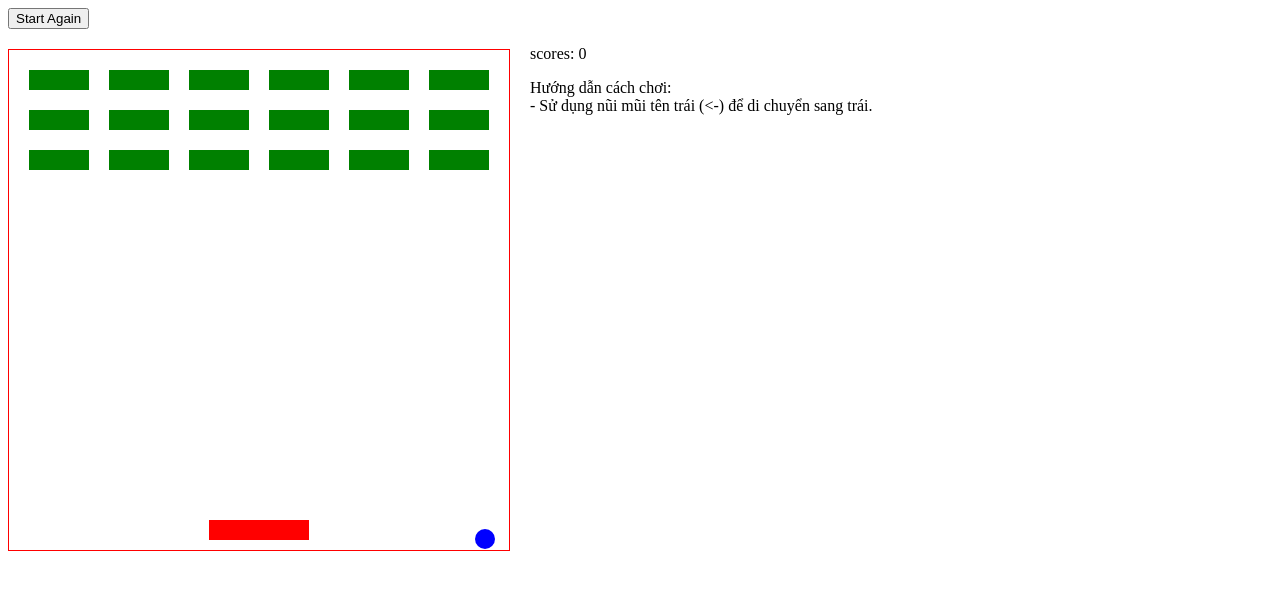
Repository: huynhsang96/CaseJS
Page: Demo_case/index.html
These files come from the project's save history. The page is drawn as it stood at one moment and after the next save; the edit follows.
The browser window is 1280 px wide. The pictures show the whole page.

Above is the page before, as saved 2022-02-20 14:38:41.

### Demo_case/index.html
<!DOCTYPE html>
<html lang="en">
<head>
    <meta charset="UTF-8">
    <meta http-equiv="X-UA-Compatible" content="IE=edge">
    <meta name="viewport" content="width=device-width, initial-scale=1.0">
    <title>Document</title>
    <style>
        /* *{
            font-family:  'Fira Code', 'roboto';
        } */
        canvas{
            margin-top: 20px;

        }

        .container{
            display: flex;
        }

        .container-des{
            margin-left: 20px;
        }
    </style>
</head>
<body>
    <div class="btn">
        <button class="btn-start">Start Again</button>
    </div>
    <div class="container">
        <div class="container-canvas">
            <canvas id="myCanvas" width="500" height="500" style="border:1px solid red;">
        </div>
        <div class="container-des">
            <p>scores: <span class="scores">0</span></p>
            <p>
                Hướng dẫn cách chơi:
                <br>
                - Sử dụng nũi mũi tên trái <span style="font-family: 'Fira code';">(<-)</span> để di chuyển sang trái.
            </p>
        </div>
    </div>


    <script src="./ball.js"></script>
    <script src="./bar.js"></script>
    <script src="./brick.js"></script>
    <script src="./main.js"></script>

    <script>

    </script>
</body>
</html>

### Demo_case/ball.js
class Ball{
    constructor(x, y, radius, color){
        this.x = x;
        this.y = y;
        this.radius = radius;
        this.color = color;
        this.speedX = 2;
        this.speedY = 3;
        this.canvas = document.getElementById("myCanvas");
        this.ctx = this.canvas.getContext('2d');
        this.isGameOver = false;
    }

    draw(){
        this.ctx.beginPath();
        this.ctx.arc(this.x, this.y, this.radius, 0, Math.PI * 2);
        this.ctx.fillStyle = this.color;
        this.ctx.fill();
        this.ctx.closePath();
    }

    updateBall(){
        this.x += this.speedX;
        this.y += this.speedY;
    }

    ballColiision(){
        if(this.x + this.radius > this.canvas.width || this.x < this.radius){
            this.speedX = -this.speedX;
        }
        if(this.y < this.radius){
            this.speedY = -this.speedY
        }
    }

    checkGame(){
        if(this.y + this.radius > this.canvas.height){
            this.isGameOver = true;
        }
    }

    move(){
        this.ctx.clearRect(0,0,this.canvas.width,this.canvas.height); // xóa canvas
        this.draw();
    }
}

### Demo_case/bar.js
class Bar{
    constructor(width, height, color){
        this.width = width;
        this.height = height;
        this.x = 200;
        this.y = 470;
        this.color = color;
        this.speed = 5;
        this.isMovingLeft = false;
        this.isMovingRight = false;
        this.canvas = document.getElementById("myCanvas");
        this.ctx = this.canvas.getContext('2d');
    }

    drawBar(){
        this.ctx.beginPath();
        this.ctx.rect(this.x, this.y, this.width, this.height);
        this.ctx.fillStyle = this.color;
        this.ctx.fill();
        this.ctx.closePath();
    }


    moveBar(){
        if(this.isMovingLeft && this.x > 0){
            this.x -= this.speed;
        }
        if(this.isMovingRight && this.x < this.canvas.width - this.width){
                this.x += this.speed;
            }
        }
}

### Demo_case/brick.js
class  Brick{
    constructor(){
        this.offsetX = 20;
        this.offsetY = 20;
        this.margin = 20;
        this.width = 60;
        this.height = 20;
        this.totalRow = 3;
        this.totalColum = 6;
        this.brickList = []
        this.isEndGame = false;
        this.canvas = document.getElementById("myCanvas");
        this.ctx = this.canvas.getContext('2d');
    }


    drawBrick(){
        this.brickList.forEach(element => {
            if(!element.isbroken){
                this.ctx.beginPath();
                this.ctx.rect(
                    element.x,
                    element.y,
                    this.width,
                    this.height,
                );
                this.ctx.fillStyle = "green";
                this.ctx.fill();
                this.ctx.closePath();
            }
        })
    }

    checkEndGame(){
        this.isEndGame = this.brickList.every(element =>{
            return element.isbroken == true;
        })
    }
}

### Demo_case/main.js
let ball = new Ball(250,150,10,"blue");
let bar = new Bar(100,20,"red");
let bricks = new Brick();


// --------------------------Event Keyboard---------------------

document.addEventListener("keydown",function(e){
    if(e.keyCode === 37){
        bar.isMovingLeft = true;
    }
    if(e.keyCode === 39){
        bar.isMovingRight = true;
    }
})


document.addEventListener("keyup",function(e){
    if(e.keyCode === 37){
        bar.isMovingLeft = false;
    }
    if(e.keyCode === 39){
        bar.isMovingRight = false;
    }
})

// ----------------------------Bar----------------------------

function barCollision(){
    if(ball.x + ball.radius >= bar.x &&
        ball.y + ball.radius >= bar.y &&
        ball.x + ball.radius <= bar.x + bar.width){

        ball.speedY = -ball.speedY;
    }
}

// ----------------------------Bricks------------------------

// Tạo danh sách Bricks
for(let i = 0; i < bricks.totalColum; i++){
    for(let j = 0; j < bricks.totalRow; j++){
        bricks.brickList.push({
            x: bricks.offsetX + i * (bricks.width + bricks.margin),
            y: bricks.offsetY + j * (bricks.height + bricks.margin),
            isbroken: false,
        })
    }
}

// xử lý va chạm
let score = 0;
let scoreball = document.querySelector(".scores");
function BricksCollision(){
    bricks.brickList.forEach(function(element){
        if(!element.isbroken){
            if(ball.x >= element.x &&
                ball.x <= element.x + bricks.width &&
                ball.y + ball.radius >= element.y &&
                ball.y - ball.radius <= element.y + bricks.height){
                ball.speedY = -ball.speedY;
                element.isbroken = true;
                score += 1;
                scoreball.textContent = `${score}`;
            }
        }
    })
}

function play(){
    ball.checkGame();
    bricks.checkEndGame();

    if(!ball.isGameOver && !bricks.isEndGame){
        ball.move();
        ball.updateBall();
        ball.ballColiision();

        bar.drawBar();
        bar.moveBar();
        barCollision();

        bricks.drawBrick();
        BricksCollision();

        requestAnimationFrame(play); // Giống đệ quy
    }else{
        // alert("End Game!");
    }
}

play()

After the next save:
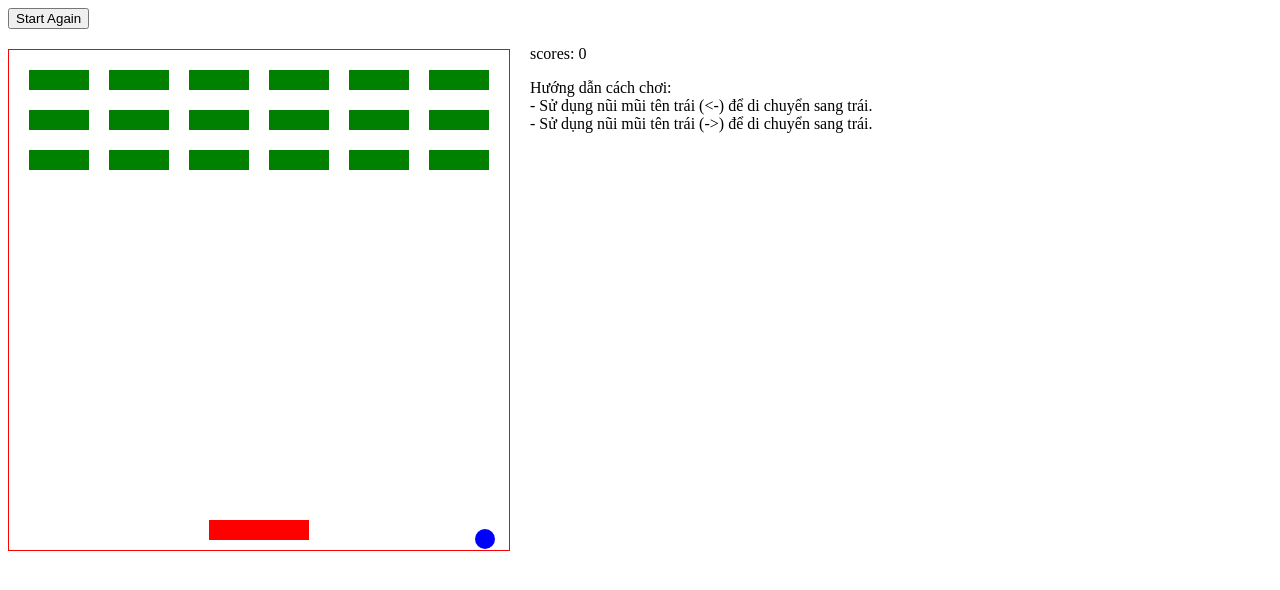
Saved 39 s later.
--- a/Demo_case/index.html
+++ b/Demo_case/index.html
@@ -37,6 +37,8 @@
                 Hướng dẫn cách chơi:
                 <br>
                 - Sử dụng nũi mũi tên trái <span style="font-family: 'Fira code';">(<-)</span> để di chuyển sang trái.
+                <br>
+                - Sử dụng nũi mũi tên trái <span style="font-family: 'Fira code';">(->)</span> để di chuyển sang trái.
             </p>
         </div>
     </div>
